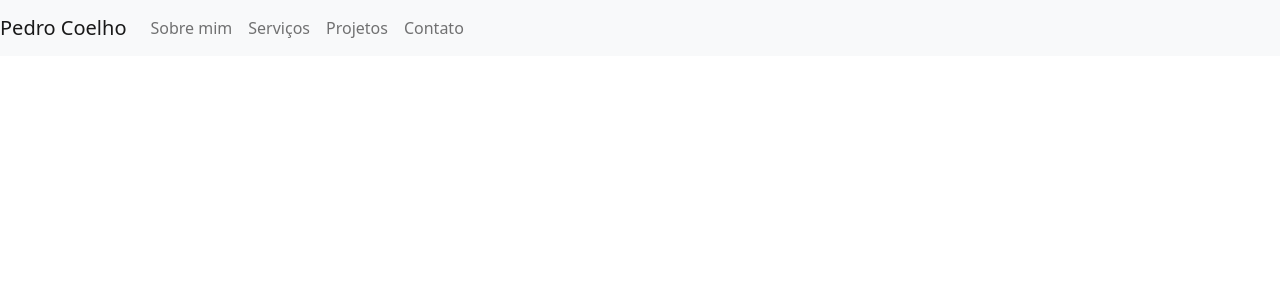
Repository: PedroHQCoelho/portfolio
Page: index.html
An editor plug-in stored every save of this project. The page is shown before and after the next save, followed by the edit.
The browser window is 1280 px wide. The pictures show the whole page.

Above is the page before, as saved 2022-05-24 17:43:08.

### index.html
<!DOCTYPE html>
<html lang="pt-BR">
<head>
    <meta charset="UTF-8">
    <meta http-equiv="X-UA-Compatible" content="IE=edge">
    <meta name="viewport" content="width=device-width, initial-scale=1.0">
    <title>Pedro Coelho - Portfólio</title>
    <link href="https://cdn.jsdelivr.net/npm/bootstrap@5.2.0-beta1/dist/css/bootstrap.min.css" rel="stylesheet" integrity="sha384-0evHe/X+R7YkIZDRvuzKMRqM+OrBnVFBL6DOitfPri4tjfHxaWutUpFmBp4vmVor" crossorigin="anonymous">
    <script src="https://cdn.jsdelivr.net/npm/bootstrap@5.2.0-beta1/dist/js/bootstrap.bundle.min.js" integrity="sha384-pprn3073KE6tl6bjs2QrFaJGz5/SUsLqktiwsUTF55Jfv3qYSDhgCecCxMW52nD2" crossorigin="anonymous"></script>
    <script src="https://cdn.jsdelivr.net/npm/@popperjs/core@2.11.5/dist/umd/popper.min.js" integrity="sha384-Xe+8cL9oJa6tN/veChSP7q+mnSPaj5Bcu9mPX5F5xIGE0DVittaqT5lorf0EI7Vk" crossorigin="anonymous"></script>
    <script src="https://cdn.jsdelivr.net/npm/bootstrap@5.2.0-beta1/dist/js/bootstrap.min.js" integrity="sha384-kjU+l4N0Yf4ZOJErLsIcvOU2qSb74wXpOhqTvwVx3OElZRweTnQ6d31fXEoRD1Jy" crossorigin="anonymous"></script>
    <link rel="stylesheet" href="style.css">
</head>
<body>
    <nav class="navbar navbar-expand-lg navbar-light bg-light">
        <a class="navbar-brand" href="#">Pedro Coelho</a>
        <button class="navbar-toggler" type="button" data-toggle="collapse" data-target="#navbarSupportedContent" aria-controls="navbarSupportedContent" aria-expanded="false" aria-label="Toggle navigation">
          <span class="navbar-toggler-icon"></span>
        </button>

        <div class="collapse navbar-collapse" id="navbarSupportedContent">
          <ul class="navbar-nav mr-auto">

          </ul>
          <ul class="navbar-nav">
            <li class="nav-item">
                <a class="nav-link" href="#">Sobre mim</a>
            </li>
            <li class="nav-item">
                <a class="nav-link" href="#">Serviços</a>
            </li>
            <li class="nav-item">
                <a class="nav-link" href="#">Projetos</a>
            </li>
            <li class="nav-item">
                <a class="nav-link" href="#">Contato</a>
            </li>
          </ul>
        </div>
      </nav>
</body>
</html>

### style.css
nav {
    justify-content: space-between;
}

After the next save:
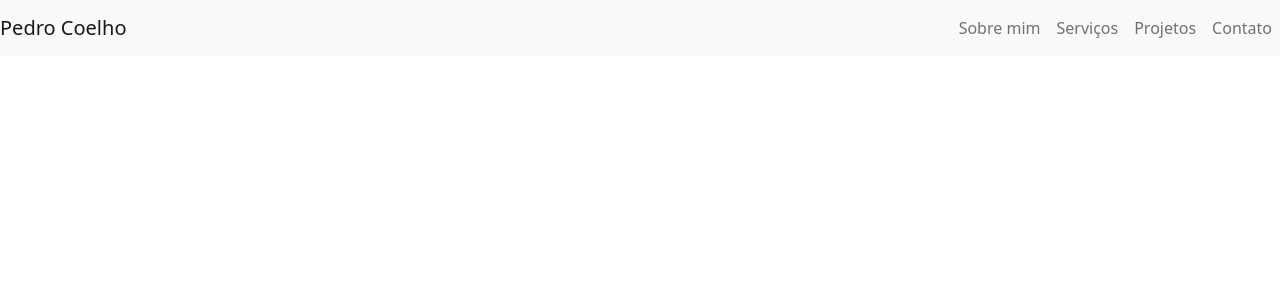
Saved 2 min 13 s later.
--- a/index.html
+++ b/index.html
@@ -19,7 +19,7 @@
         </button>
 
         <div class="collapse navbar-collapse" id="navbarSupportedContent">
-          <ul class="navbar-nav mr-auto">
+          <ul class="navbar-nav ms-auto">
 
           </ul>
           <ul class="navbar-nav">

After the 2 saves that followed:
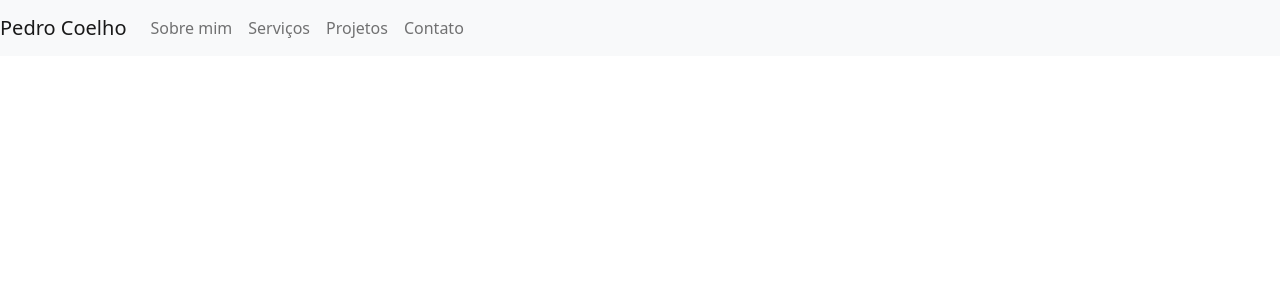
The 2 saves are shown as one change because 1 left the picture as it was.
The last was saved 81 s later.
--- a/index.html
+++ b/index.html
@@ -19,7 +19,7 @@
         </button>
 
         <div class="collapse navbar-collapse" id="navbarSupportedContent">
-          <ul class="navbar-nav ms-auto">
+          <ul class="navbar-nav mr-auto">
 
           </ul>
           <ul class="navbar-nav">
